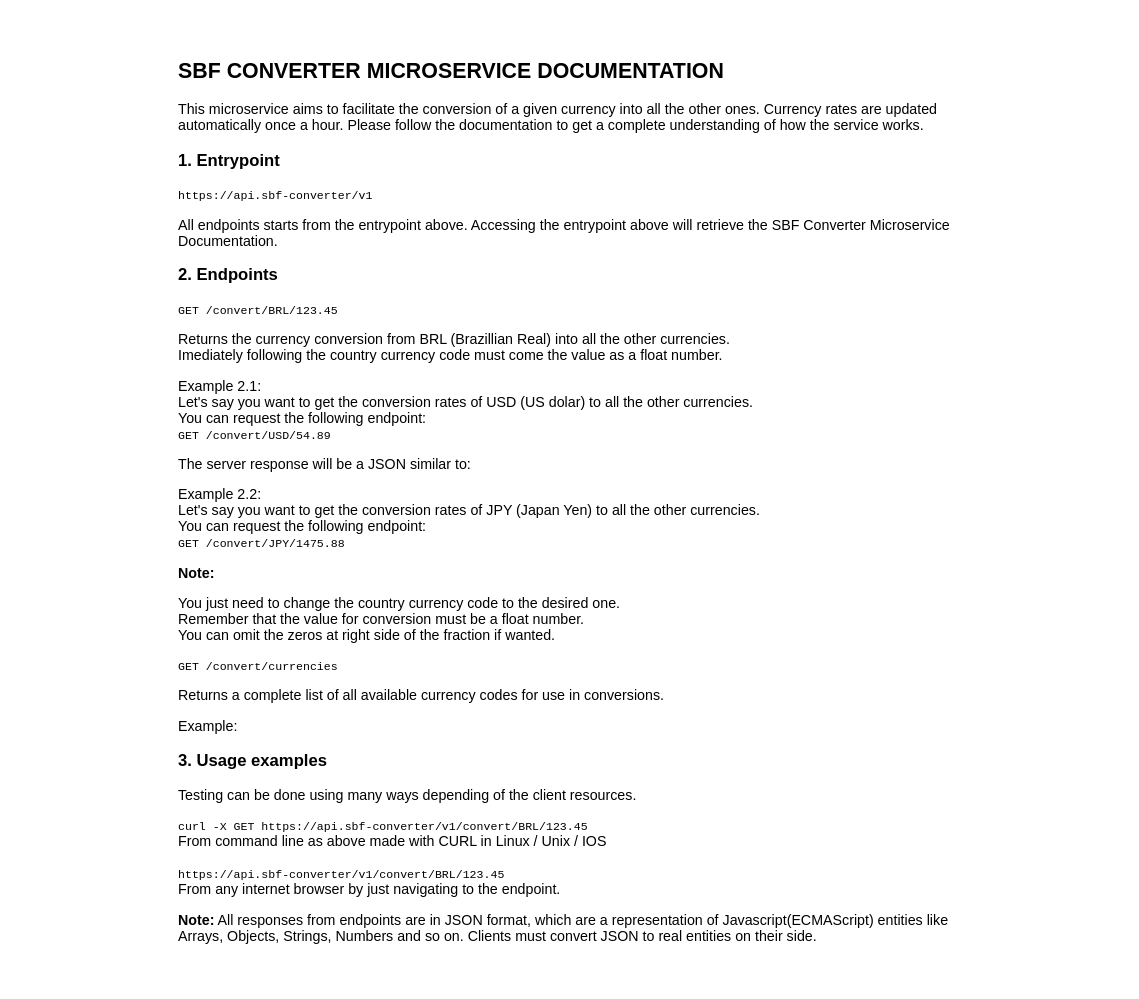
Repository: miguelamello/nestjs-restful-api
Page: documentation.html
These files come from the project's save history. The page is drawn as it stood at one moment and after a run of saves; the edit follows.
The browser window is 1280 px wide. The pictures show the whole page, at 89% of full size.

Above is the page before, as saved 2023-03-21 22:51:09.

### documentation.html
<!DOCTYPE html>
<html lang="en">
<head>
  <meta charset="UTF-8">
  <meta http-equiv="X-UA-Compatible" content="IE=edge">
  <meta name="viewport" content="width=device-width, initial-scale=1.0">
  <title>SBF Converter Documentation</title>
  <style>
    body {
      font-family: Arial, Helvetica, sans-serif;
      padding: 3% 15%;
    }
  </style>
</head>
<body>
  <h2>SBF CONVERTER MICROSERVICE DOCUMENTATION</h2>
  <p>
    This microservice aims to facilitate the conversion of a given currency
    into all the other ones. Currency rates are updated automatically once a hour.
    Please follow the documentation to get a complete understanding of how the service works.
  </p>

  <h3>1. Entrypoint</h3>
  <code>https://api.sbf-converter/v1</code>
  <p>
    All endpoints starts from the entrypoint above. Accessing the entrypoint
    above will retrieve the SBF Converter Microservice Documentation.
  </p>

  <h3>2. Endpoints</h3>
  <p>
    <code>GET /convert/BRL/123.45</code>
    <div>Returns the currency conversion from BRL (Brazillian Real) into all the other currencies.</div>
    <div>Imediately following the country currency code must come the value as a float number.</div>

    <p>
      <div>Example 2.1:</div>
      <div>Let's say you want to get the conversion rates of USD (US dolar) to all the other currencies.</div>
      <div>You can request the following endpoint:</div>
      <code>GET /convert/USD/54.89</code>
    </p>

    <p>The server response will be a JSON similar to:</p>
    <code></code>

    <p>
      <div>Example 2.2:</div>
      <div>Let's say you want to get the conversion rates of JPY (Japan Yen) to all the other currencies.</div>
      <div>You can request the following endpoint:</div>
      <code>GET /convert/JPY/1475.88</code>
    </p>

    <p>
      <b>Note:</b>
      <div>You just need to change the country currency code to the desired one.</div>
      <div>Remember that the value for conversion must be a float number.</div>
      <div>You can omit the zeros at right side of the fraction if wanted.</div>
    </p>
  </p>

  <p>
    <code>GET /convert/currencies</code>
    <div>Returns a complete list of all available currency codes for use in conversions.</div>

    <p>Example:</p>
  </p>

  <h3>3. Usage examples</h3>

  <p>Testing can be done using many ways depending of the client resources.</p>

  <code>curl -X GET https://api.sbf-converter/v1/convert/BRL/123.45</code>
  <div>From command line as above made with CURL in Linux / Unix / IOS</div>
  <br>
  <code>https://api.sbf-converter/v1/convert/BRL/123.45</code>
  <div>From any internet browser by just navigating to the endpoint.</div>

  <p>
    <b>Note:</b> All responses from endpoints are in JSON format, which are a
    representation of Javascript(ECMAScript) entities like Arrays, Objects,
    Strings, Numbers and so on. Clients must convert JSON to real entities
    on their side.
  </p>

</body>
</html>

After the next 3 saves:
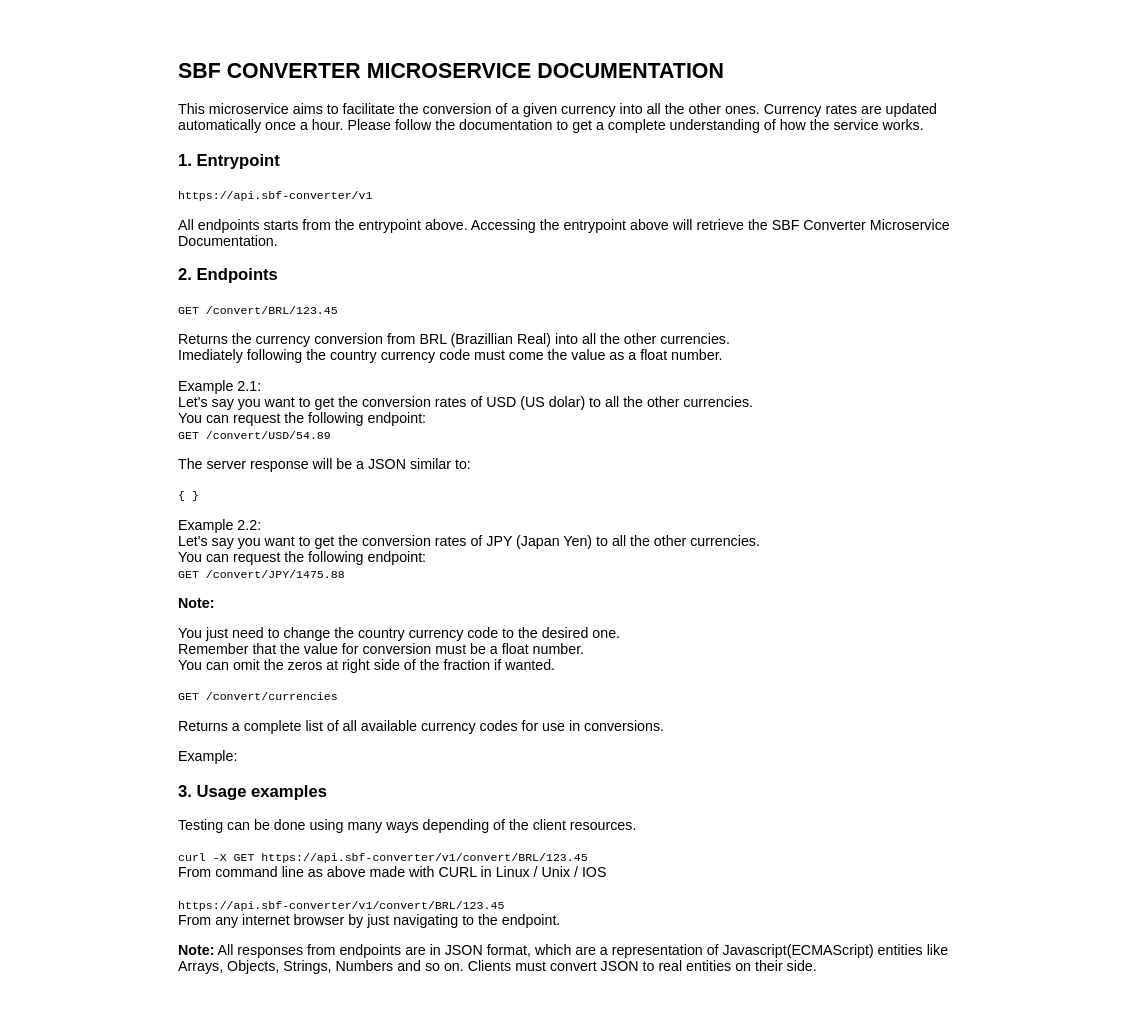
The 3 saves are shown as one change because they came seconds apart.
The last was saved 17 s later.
--- a/documentation.html
+++ b/documentation.html
@@ -41,7 +41,7 @@
     </p>
 
     <p>The server response will be a JSON similar to:</p>
-    <code></code>
+    <code>{  }</code>
 
     <p>
       <div>Example 2.2:</div>
